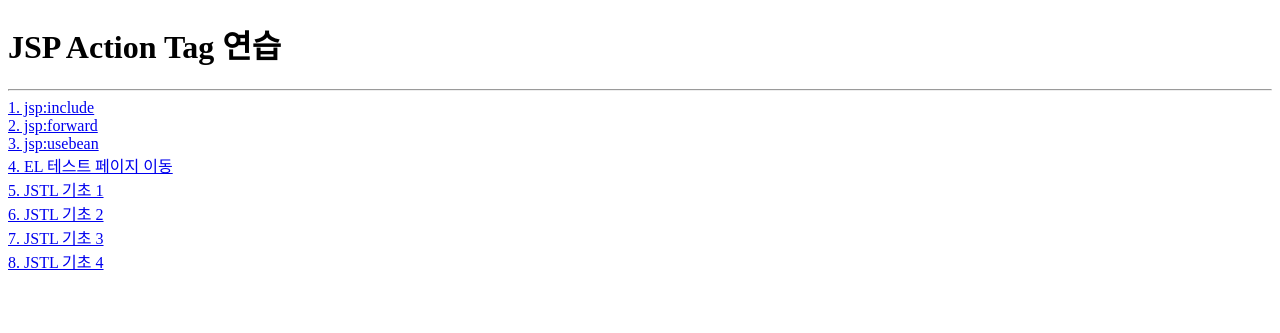
Repository: ajtwls1256/Web-workspace
Page: Day55-jspTag/WebContent/index.html
These files come from the project's save history. The page is drawn as it stood at one moment and after the next save; the edit follows.
The browser window is 1280 px wide. The pictures show the whole page.

Above is the page before, as saved 2019-10-14 05:09:23.

### Day55-jspTag/WebContent/index.html
<!DOCTYPE html>
<html>
<head>
<meta charset="UTF-8">
<title>Insert title here</title>
</head>
<body>
	<h1> JSP Action Tag 연습</h1>
	<hr>
	<!-- context root 가 /jsp이므로 a태그와 같이 브라우저에서 읽어지는 태그에선 context root에 맞춰서 넣어준다. -->
	<a href="/jsp/actionTag/jsp_include.jsp">1. jsp:include</a><br>

	<a href="/jsp/actionTag/jsp_forward.jsp">2. jsp:forward</a><br>

	<a href="/jsp/actionTag/jsp_usebean.jsp">3. jsp:usebean</a><br>

	<a href="/jsp/EL/jsp_EL.html">4. EL 테스트 페이지 이동</a><br>

	<a href="/jsp/JSTL/jsp_JSTL_Basic1.jsp">5. JSTL 기초 1</a><br>

	<a href="/jsp/JSTL/jsp_JSTL_Basic2.jsp">6. JSTL 기초 2</a><br>

	<a href="/jsp/JSTL/jsp_JSTL_Basic3.jsp">7. JSTL 기초 3</a><br>

	<a href="/jsp/JSTL/jsp_JSTL_Basic4.jsp">8. JSTL 기초 4</a><br>
</body>
</html>

After the next save:
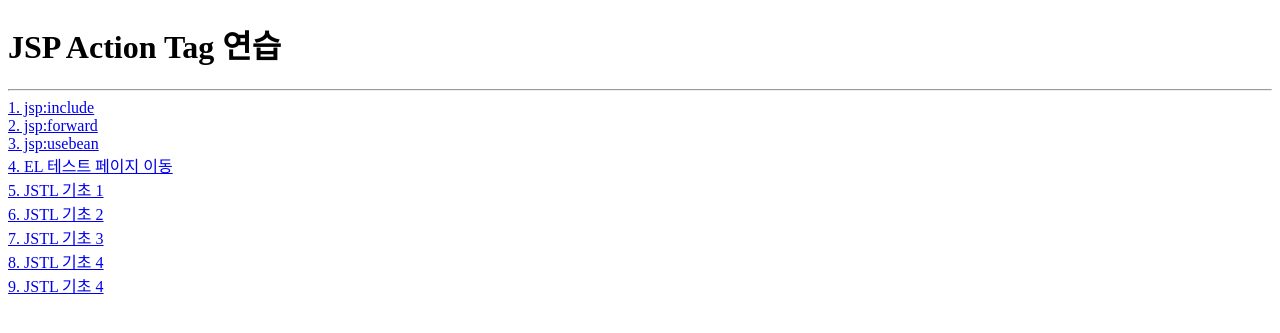
Saved 5 s later.
--- a/Day55-jspTag/WebContent/index.html
+++ b/Day55-jspTag/WebContent/index.html
@@ -23,5 +23,7 @@
 	<a href="/jsp/JSTL/jsp_JSTL_Basic3.jsp">7. JSTL 기초 3</a><br>
 
 	<a href="/jsp/JSTL/jsp_JSTL_Basic4.jsp">8. JSTL 기초 4</a><br>
+
+	<a href="/jsp/JSTL/jsp_JSTL_Basic4.jsp">9. JSTL 기초 4</a><br>
 </body>
 </html>
